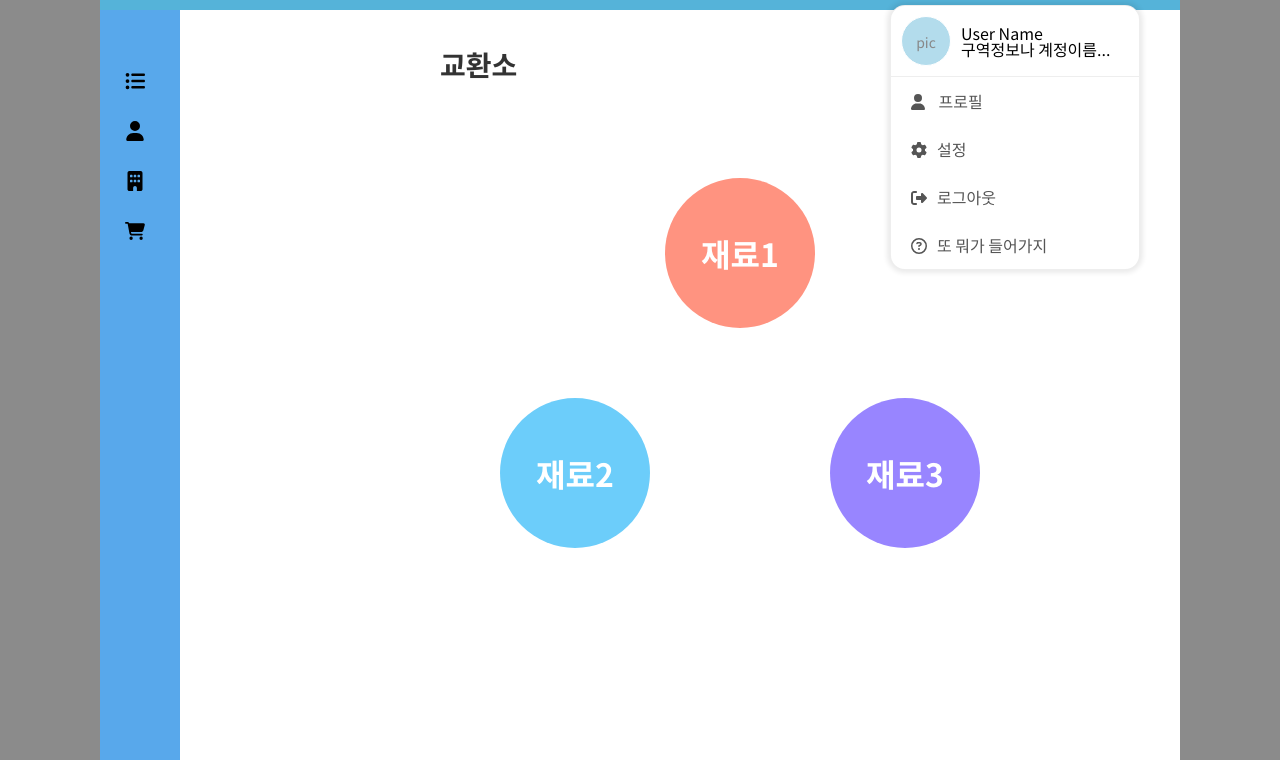
Repository: sunoo-lee/toVillage-old
Page: /#/trade
An editor plug-in stored every save of this project. The page is shown before and after the next save, followed by the edit.
The browser window is 1280 px wide. The pictures show the whole page.
The project was rebuilt for these pictures with package versions that can differ from the ones it lists, and the page was loaded fresh each time. Also part of the build but not shown: src/routes/Auth.js, src/components/Todo.js, src/components/AddForm.js, src/components/Main.js, src/routes/Home.js, src/components/MyProfile.js, src/routes/Profile.js, src/components/Area.module.css and 2 more.

Above is the page before, as saved 2022-10-13 04:37:09.

After the next save:
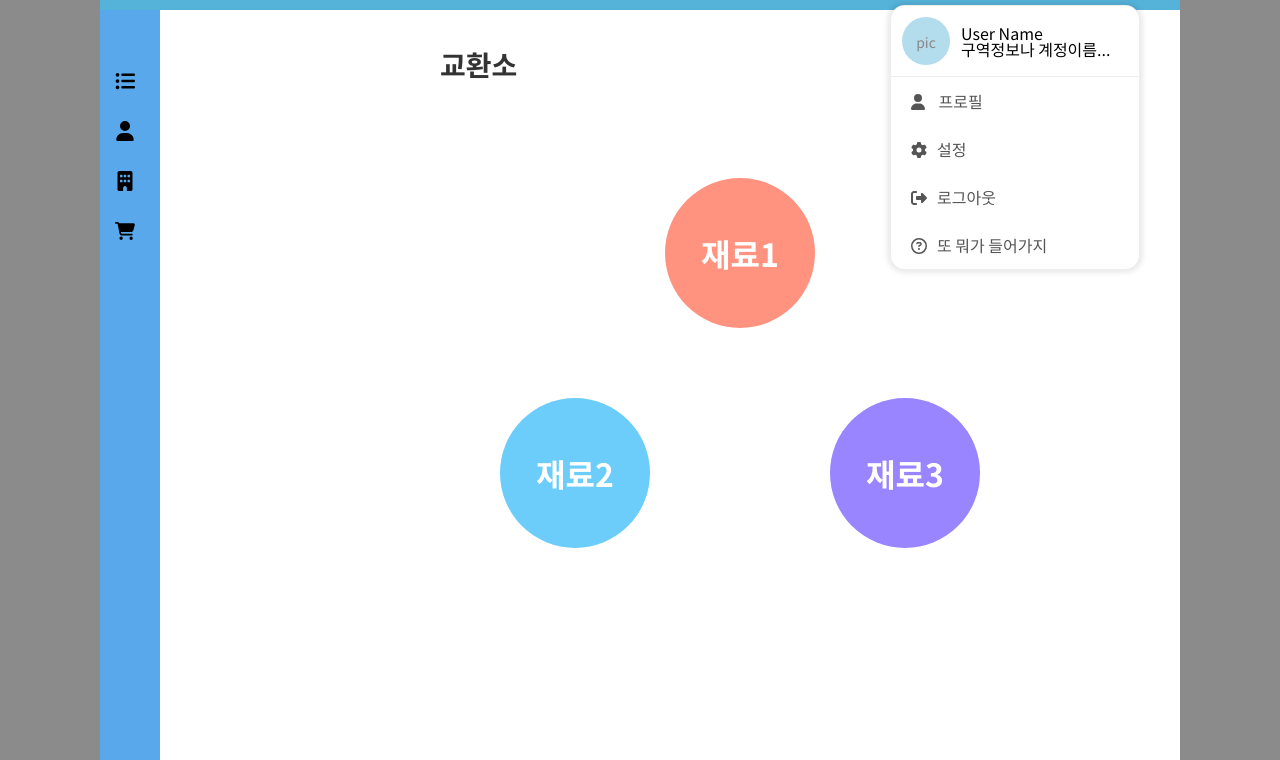
Saved 7 s later.
--- a/src/components/Navigation.module.css
+++ b/src/components/Navigation.module.css
@@ -13,7 +13,7 @@
 
 .nav_active {
   background-color: #58a8eb;
-  width: 80px;
+  width: 60px;
 }
 .nav_active .container ul li span {
   display: none;
